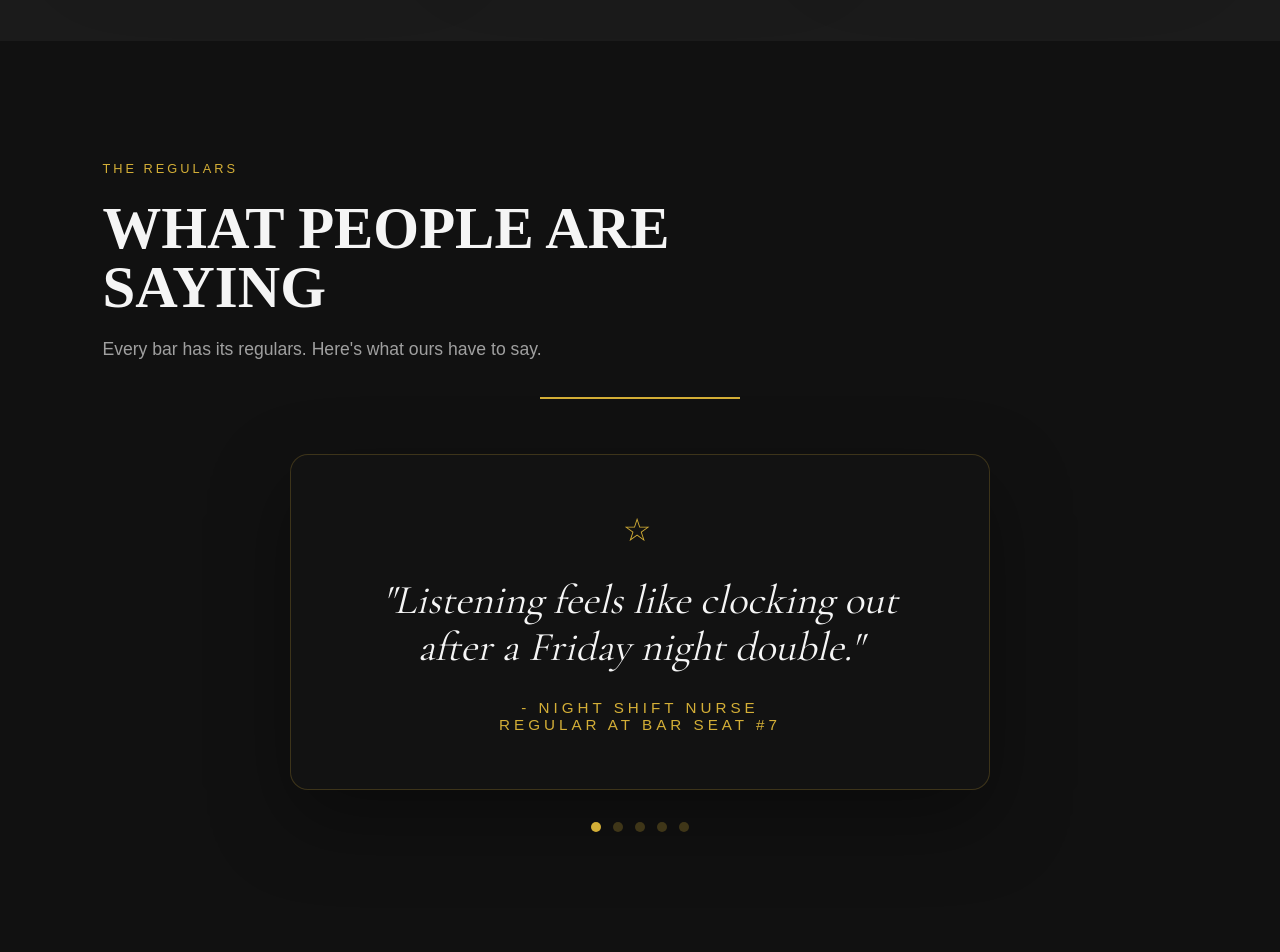
Repository: Gage-Codes/BarRot
Page: css/index.html
These files come from the project's save history. The page is drawn as it stood at one moment and after the next save; the edit follows.
The browser window is 1280 px wide. The pictures show the part of the page from y = 4462 to 5414 px (the page is 5414 px tall).

Above is the page before, as saved 2026-07-05 00:56:39.

After the next save:
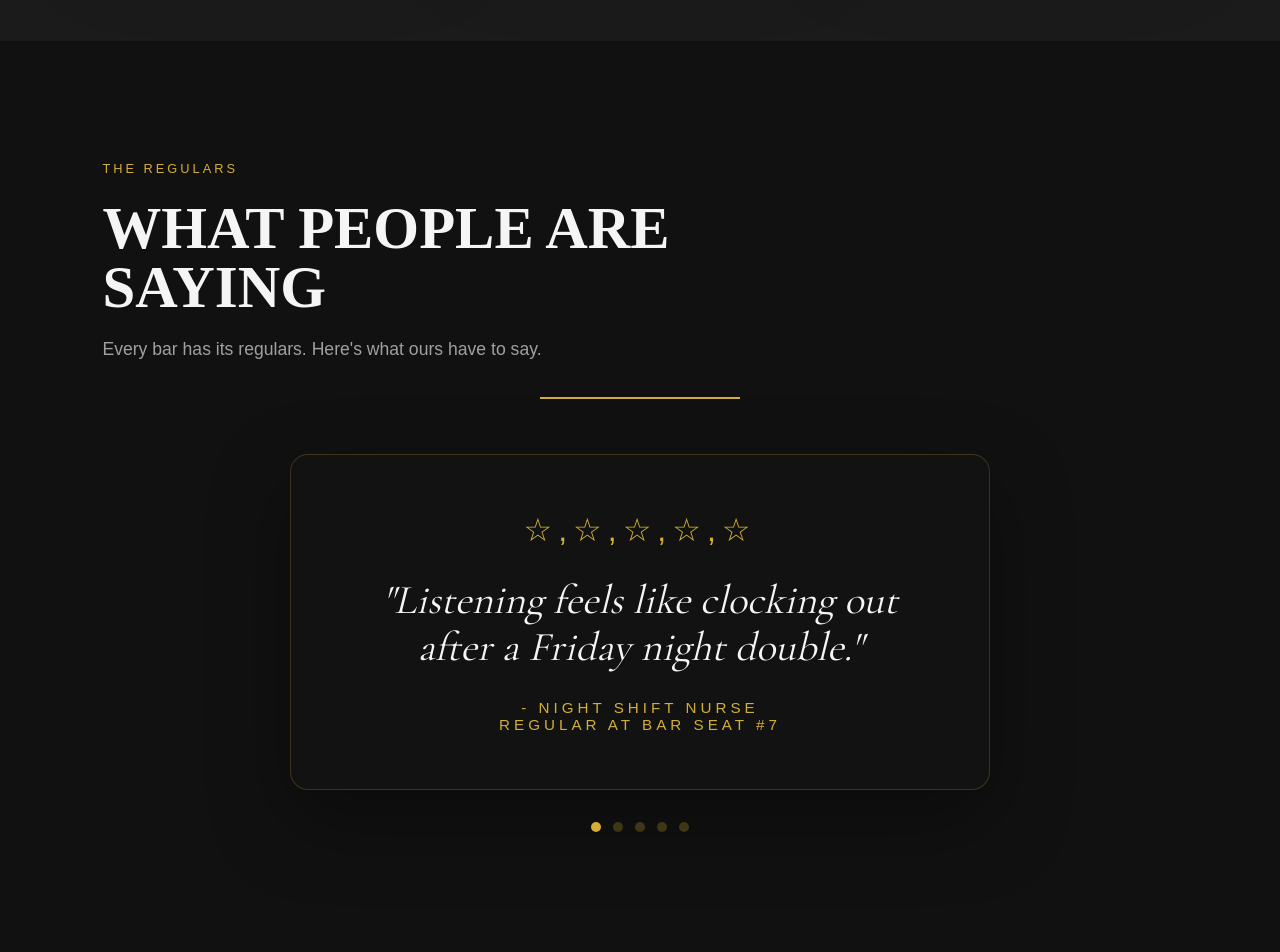
Saved 37 s later.
--- a/css/index.html
+++ b/css/index.html
@@ -303,7 +303,7 @@
         <div class="review-slider">
             <div class="review-card">
                 <div class="review-stars">
-                    <span>&star;</span>
+                    <span>&star;,&star;,&star;,&star;,&star;</span>
                 </div>
                 <blockquote class="review-text">
                     "Listening feels like clocking out after a Friday night double."
